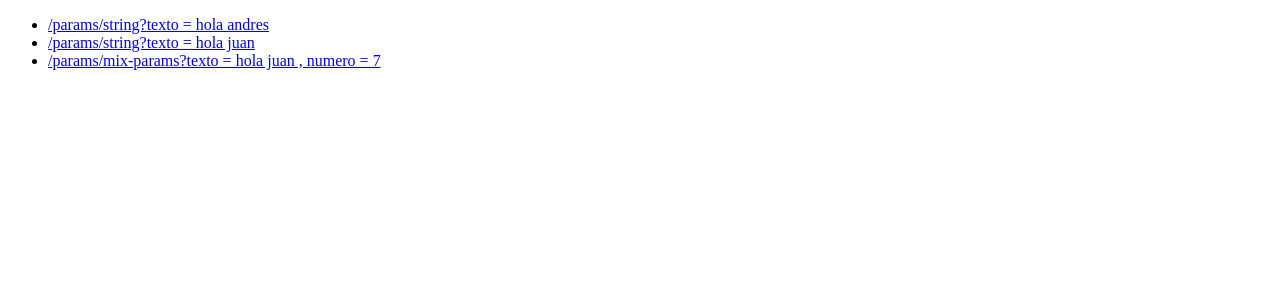
Repository: FrancoFazzito/Spring
Page: http://localhost/Params/index
The author's editor kept a copy of each file at every save. The page is drawn from the files as they stood at one save, then again after the next save.
The browser window is 1280 px wide. The pictures show the whole page.
The page is this project's Thymeleaf template; nobody is signed in. The template is opened directly, without the code that normally fills it, so the values that code supplies are empty.

Above is the page before, as saved 2020-01-02 22:06:05.

### spring-boot-primer-proyecto/src/main/resources/templates/Params/index.html
<!DOCTYPE html>
<html xmlns:th="http//www.thymeleaf.org">
<head>
<meta charset="ISO-8859-1">
<title>enviar parametros del request http get - url</title>
</head>
<body>
	<ul>
		<li>
		<a th:href="@{/params/string(texto = 'hola andres')}">/params/string?texto = hola andres</a>
		</li>
		<li>
		<a th:href="@{/params/string(texto = 'hola juan')}">/params/string?texto = hola juan</a>
		</li>
		<li>
		<a th:href="@{/params/mix-params(texto = 'hola juan', numero = 7 )}">/params/mix-params?texto = hola juan , numero = 7 </a>
		</li>
	</ul>
</body>
</html>

After the next save:
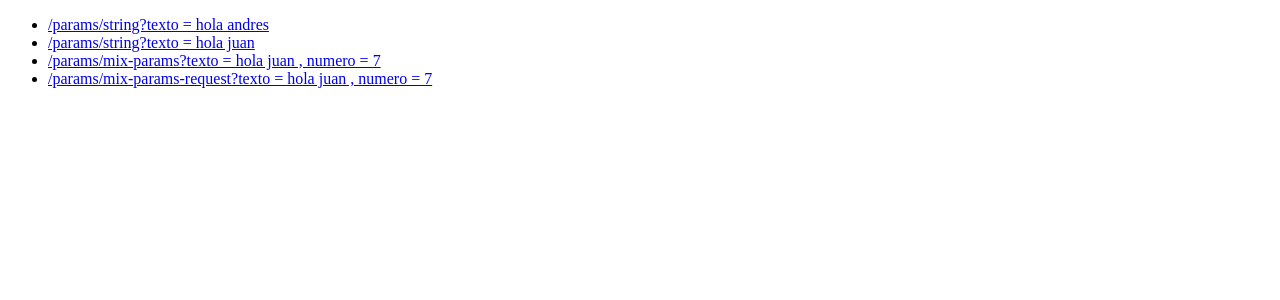
Saved 5 min 10 s later.
--- a/spring-boot-primer-proyecto/src/main/resources/templates/Params/index.html
+++ b/spring-boot-primer-proyecto/src/main/resources/templates/Params/index.html
@@ -15,6 +15,9 @@
 		<li>
 		<a th:href="@{/params/mix-params(texto = 'hola juan', numero = 7 )}">/params/mix-params?texto = hola juan , numero = 7 </a>
 		</li>
+		<li>
+		<a th:href="@{/params/mix-params-request(texto = 'hola juan', numero = 7 )}">/params/mix-params-request?texto = hola juan , numero = 7 </a>
+		</li>
 	</ul>
 </body>
 </html>
